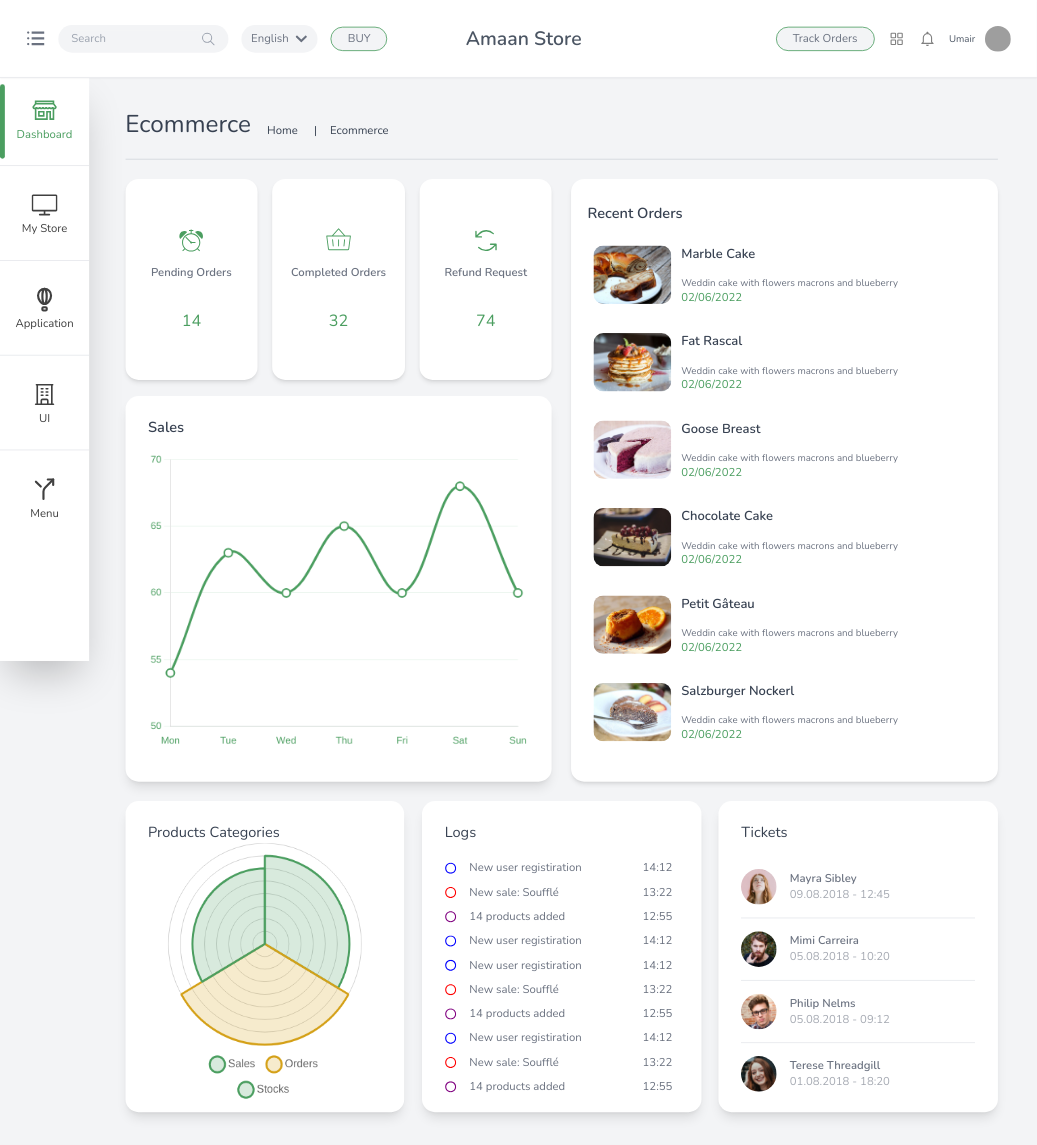
Repository: Ahsans-code/amaanstore
Page: / (app in client/)
An editor plug-in stored every save of this project. The page is shown before and after the next save, followed by the edit.
The browser window is 1280 px wide. The pictures show the whole page, at 81% of full size.
Pictures or frames that could not be fetched are drawn as grey boxes. An inner scrolling area shows only its first screen. The project was rebuilt for these pictures with package versions that can differ from the ones it lists, and the page was loaded fresh each time. Also part of the build but not shown: client/vite.config.js, client/src/pages/Mystore.jsx, client/src/pages/Application.jsx, client/src/pages/UI.jsx, client/src/pages/Menu.jsx.

Above is the page before, as saved 2024-11-05 23:40:21.

### client/src/main.jsx
import { StrictMode } from 'react'
import { createRoot } from 'react-dom/client'
import './index.css'
import App from './App.jsx'
import {
  createBrowserRouter,
  RouterProvider,
} from "react-router-dom";
import Home from './pages/Home.jsx';
import Mystore from './pages/Mystore.jsx';
import Application from './pages/Application.jsx';
import UI from './pages/UI.jsx';
import Menu from './pages/Menu.jsx';

const router = createBrowserRouter([
  {
    path: "/",
    element: <App />,
    children: [{
      path: "/",
      element: <Home />,
    },
    {
      path: "/Dashboard",
      element: <Home />,
    },
    {
      path:'/My Store',
      element:<Mystore/>
    },
    {
      path:'Application',
      element:<Application/>
    },
    {
      path:'/UI',
      element:<UI/>
    }
    ,
    {
      path:'/Menu',
      element:<Menu/>
    }
    ]
  },
]);

createRoot(document.getElementById('root')).render(
  <StrictMode>
    <RouterProvider router={router} />
  </StrictMode>,
)

### client/src/App.jsx
import { useState } from "react";
import { Routes, BrowserRouter as Router, Route, Outlet } from "react-router-dom";
import './App.css'
// import Dashboard from "./pages/dashboard/dashboard";
import Header from "./components/Header";
// import Signup from "./pages/auth/Signup";
// import SignIn from "./pages/auth/Signin";
// import Stores from "./pages/stores/Stores";
// import CreateNewStore from "./pages/stores/CreateNewStore";
// import AllOrders from "./pages/orders/AllOrders";
import Sidebar from "./components/Sidebar";


// const routes = [
// 	{ path: "/", element: <Home /> },
// 	{ path: "/dashboard", element: <Dashboard /> },
// 	{ path: "/signup", element: <Signup /> },
// 	{ path: "/signin", element: <SignIn /> },
// 	{ path: "/stores", element: <Stores /> },
// 	{ path: "/create-new-store", element: <CreateNewStore /> },
// 	{ path: "/orders", element: <AllOrders /> },
// 	{ path: "/order-details/:id", element: <OrderDetails /> },
// ];

const App = () => {
	const [sidebarOpen, setSidebarOpen] = useState(true);

	const toggleSidebar = () => {
		setSidebarOpen(!sidebarOpen);
	};

	return (
		<div className="">
			<Header toggleSidebar={toggleSidebar} />
			<div
				className={`flex transition-all duration-300 ${sidebarOpen ? "w-11/12 " : "w-full"
					} absolute right-0 pt-24 `}
			>
				<Outlet />

			</div>
			<Sidebar sidebarOpen={sidebarOpen} />

		</div>

	);
};

export default App;

### client/src/App.css

@import url('https://fonts.googleapis.com/css2?family=Inter:ital,opsz,wght@0,14..32,100..900;1,14..32,100..900&family=Nunito:ital,wght@0,200..1000;1,200..1000&display=swap');
*{
      font-family: "Nunito", sans-serif;
}
.custom-scrollbar {
    overflow-y: scroll;
    /* height: 200px; Example height */


}
.custom-scrollbar::-webkit-scrollbar-thumb {
    background: transparent;
    border-radius: 100%;

}
.custom-scrollbar:hover::-webkit-scrollbar-thumb{
    background-color: #cccccc8f;
}

.custom-scrollbar::-webkit-scrollbar {
    width: 4px;

}

.custom-scrollbar::-webkit-scrollbar-track {
    background: transparent;
}

.custom-scrollbar::-webkit-scrollbar-thumb {
    background: transparent;
    border-radius: 5px;

}

.custom-scrollbar::-webkit-scrollbar-thumb:hover {
    background: #ccc;
}

### client/src/components/Sidebar.jsx
import { useState } from "react";
import { SlScreenDesktop } from "react-icons/sl";
import { LiaStoreAltSolid } from "react-icons/lia";
import { TbAirBalloon } from "react-icons/tb";
import { HiOutlineBuildingOffice } from "react-icons/hi2";
import { TbArrowBearRight2 } from "react-icons/tb";

import { useNavigate } from "react-router-dom";

const Sidebar = ({ sidebarOpen }) => {
  const [activeIndex, setActiveIndex] = useState(0);

  const menuItems = [
    { icon: LiaStoreAltSolid, label: "Dashboard" },
    { icon: SlScreenDesktop, label: "My Store" },
    { icon: TbAirBalloon, label: "Application" },
    { icon: HiOutlineBuildingOffice, label: "UI" },
    { icon: TbArrowBearRight2, label: "Menu" },
  ];

  const navigate = useNavigate();
  const handleNavigation = (label) => {
    navigate(`${label}`);
  };

  return (
    <div
      className={`fixed top-24 pb-24 left-0 h-screen bg-white text-sm transition-transform duration-300 ease-in-out shadow-2xl custom-scrollbar
        ${sidebarOpen ? "translate-x-0" : "-translate-x-full"}
        md:w-[110px]`}
      style={{ fontFamily: "'Roboto', sans-serif" }}
    >
      <div>
        <ul className="space-y-2">
          {menuItems.map((item, index) => {
            const Icon = item.icon;
            const isActive = activeIndex === index;

            return (
              <li
                key={index}
                onClick={() => {
                  handleNavigation(item.label);
                  setActiveIndex(index);
                }}
                className={`menuItem flex flex-col py-6 items-center cursor-pointer border-b-[1px] border-gray-200 relative last:border-0
                  ${isActive
                    ? "text-[#4B9E60] before:content-[''] before:absolute before:left-0 before:top-2 before:bottom-2 before:w-[6px] before:bg-[#4B9E60] before:rounded-full"
                    : "text-[#404040]"}
                `}
                style={{ fontWeight: 300 }}
              >
                <Icon size={32} />
                <p className="py-1" style={{ fontWeight: 300 }}>
                  {item.label}
                </p>
              </li>
            );
          })}
        </ul>
      </div>
    </div>
  );
};

export default Sidebar;

### client/src/components/Heading.jsx
import React from 'react'

export default function Heading({title,sub1,sub2,sub3,sub4}) {
    return (
        <div className=''>
            <div className='border-b-[1px] text-gray-700 border-gray-300 flex gap-5 pb-6  items-end '>

                <h1 className='text-3xl'>{title}</h1>
                <p className='text-sm'>{sub1} </p>
                <p  className='text-sm'>{sub2&&<span className='pr-4'>|</span>}{sub2} </p>
                <p className='text-sm'>{sub3&&<span className='pr-4'>|</span>}{sub3} </p>
                <p className='text-sm'>{sub4&&<span className='pr-4'>|</span>}{sub4}</p>
            </div>
        </div>
    )
}

### client/src/components/Logs.jsx
import React from 'react'
import { FaRegCircle } from "react-icons/fa";
export default function Logs() {
    const logsData = [
        {
            log: 'New user registiration',
            date: '14:12',
            color: 'blue'
        },
        {
            log: 'New sale: Soufflé',
            date: '13:22',
            color: 'red'
        },
        {
            log: '14 products added',
            date: '12:55',
            color: 'purple'
        },
        {
            log: 'New user registiration',
            date: '14:12',
            color: 'blue'
        },
        {
            log: 'New user registiration',
            date: '14:12',
            color: 'blue'
        },
        {
            log: 'New sale: Soufflé',
            date: '13:22',
            color: 'red'
        },
        {
            log: '14 products added',
            date: '12:55',
            color: 'purple'
        },
        {
            log: 'New user registiration',
            date: '14:12',
            color: 'blue'
        },
        {
            log: 'New sale: Soufflé',
            date: '13:22',
            color: 'red'
        },
        {
            log: '14 products added',
            date: '12:55',
            color: 'purple'
        },
        {
            log: 'New user registiration',
            date: '14:12',
            color: 'blue'
        },
        {
            log: 'New sale: Soufflé',
            date: '13:22',
            color: 'red'
        },
        {
            log: '14 products added',
            date: '12:55',
            color: 'purple'
        },
    ]
    return (
        <div className="bg-white rounded-2xl px-7 py-2 h-96 w-full shadow-lg overflow-hidden  ">
            <h2 className='py-4 text-lg'>Logs</h2>

            <div className='custom-scrollbar h-[80%] '>
                {logsData.map((log, idx) => (
                    <div key={idx} className='flex items-center py-[5px] text-sm w-full  justify-between text-gray-500'>
                        <div className='flex items-center'>
                            <FaRegCircle color={log.color} className=' justify-start ' />
                            <p className='justify-start pl-4'>{log.log}</p>
                        </div>
                        <p className='pr-2'>{log.date}</p>
                    </div>
                ))
                }
            </div>

        </div>
    )
}

### client/src/components/Ticket.jsx
import React from 'react'
import { FaRegCircle } from "react-icons/fa";
import p1 from '../images/p1.jpg'
import p2 from '../images/p2.jpg'
import p5 from '../images/p5.jpg'
import p3 from '../images/p3.jpg'
import p4 from '../images/p4.jpg'
export default function Ticket() {

    const ticketsData = [
        {
            image: p1,
            name: 'Mayra Sibley',
            date: '09.08.2018 - 12:45'
        },
        {
            image: p2,
            name: 'Mimi Carreira',
            date: '05.08.2018 - 10:20'
        },
        {
            image: p3,
            name: 'Philip Nelms',
            date: '05.08.2018 - 09:12'
        },
        {
            image: p4,
            name: 'Terese Threadgill',
            date: '01.08.2018 - 18:20'
        },
        {
            image: p5,
            name: 'Kathryn Mengel',
            date: '27.07.2018 - 11:45'
        },
        {
            image: p1,
            name: 'Mayra Sibley',
            date: '09.08.2018 - 12:45'
        },
        {
            image: p2,
            name: 'Mimi Carreira',
            date: '05.08.2018 - 10:20'
        },
        {
            image: p3,
            name: 'Philip Nelms',
            date: '05.08.2018 - 09:12'
        },
        {
            image: p4,
            name: 'Terese Threadgill',
            date: '01.08.2018 - 18:20'
        },
        {
            image: p5,
            name: 'Kathryn Mengel',
            date: '27.07.2018 - 11:45'
        },
    ]
    return (
        <div className="bg-white rounded-2xl px-7 py-2 h-96 w-full shadow-lg overflow-hidden  ">
            <h2 className='py-4 text-lg'>Tickets</h2>

            <div className='custom-scrollbar h-[80%] '>
                {ticketsData.map((ticket, idx) => (
                    <div key={idx} className='flex items-center py-4 border-b-[1px] text-sm w-full  text-gray-500'>
                        <img src={ticket.image} alt="" className='w-11 rounded-full ' />
                        <div className='flex flex-col justify-between pl-4'>
                            <p className='font-semibold'>{ticket.name}</p>
                            <p className='opacity-60'>{ticket.date}</p>
                        </div>

                    </div>
                ))
                }
            </div>

        </div>
    )
}

### client/src/components/PolarAreaChart.jsx
import React from 'react';
import { PolarArea } from 'react-chartjs-2';
import { Chart as ChartJS, RadialLinearScale, ArcElement, Tooltip, Legend } from 'chart.js';

ChartJS.register(RadialLinearScale, ArcElement, Tooltip, Legend);

function PolarAreaChart() {
    const data = {
        labels: ['Sales', 'Orders', 'Stocks'],
        // padding:'20px',
        datasets: [
            {
                label: 'My Dataset',
                data: [7,8,6], // Example data
                backgroundColor: [
                    '#4b9e6037',
                    '#D4A01737',
                    '#4b9e6037',
                ],
                borderColor: [
                    '#4B9E60',
                    '#D4A017',
                    '#4B9E60',
                ],
                borderWidth: 3,
                // boxShadow:'-20px 20px 20px black '

            },
        ],
    };

    const options = {
        responsive: true,
        maintainAspectRatio: false,
        plugins: {
            legend: {
                position: 'bottom',

                labels:{
                    usePointStyle: true, // This makes the legend use point style
                    pointStyle: 'circle', // Specifies the circle shape for the legend
                    padding: 20,
                    font: {
                        size: 16, // Change this to the desired font size
                      },

                }

            },
        },
        scales: {

            r: {
                grid: {
                    color: 'rgba(0, 0, 0, 0.2)',

                },
                ticks: {
                    display:false
                    // backdropColor: 'transparent',
                },
            },
        },
    };

    return (
        <div className="bg-white rounded-2xl px-7 py-2 h-96 w-full shadow-lg">
            <h2 className='py-4 text-lg'>Products Categories</h2>

            <PolarArea className='p-6   -translate-y-10  ' data={data} options={options} />

        </div>

    );
}

export default PolarAreaChart;

### client/src/components/SalesChart.jsx
import React from 'react';
import { Line } from 'react-chartjs-2';
import { Chart as ChartJS, LineElement, CategoryScale, LinearScale, PointElement, Tooltip, Legend } from 'chart.js';

ChartJS.register(LineElement, CategoryScale, LinearScale, PointElement, Tooltip, Legend);

function SalesChart() {
    const data = {
        labels: ['Mon', 'Tue', 'Wed', 'Thu', 'Fri', 'Sat', 'Sun'],
        datasets: [
            {
                label: 'Weekly Data',
                data: [54, 63, 60, 65, 60, 68, 60], // Example data points
                borderColor: '#4B9E60',
                backgroundColor: 'rgba(75, 158, 96, 0.2)', // Light green for the area under the line
                borderWidth: 3,
                tension: 0.4, // Smooth curve
                pointBackgroundColor: '#fff',
                pointBorderColor: '#4B9E60',
                pointBorderWidth: 2,
                pointRadius: 5,
                fill: true, // Fills the area under the line
            },
        ],
    };

    const options = {
        responsive: true,
        maintainAspectRatio: false,
        plugins: {
            legend: {
                display: false,

                labels: {
                    color: '#4B9E60', // Label color
                    font: {
                        size: 14,
                    },
                },
            },
        },
        scales: {
            x: {
                grid: {
                    display: false, // Removes the grid lines from the x-axis
                },
                ticks: {

                    color: '#4B9E60', // Tick color
                },
            },
            y: {
                max: 70, // Maximum value of y-axis
                min: 50,
                beginAtZero: false,

                ticks: {
                    stepSize: 5, // Steps of 5
                    color: '#4B9E60',
                },
                grid: {
                    color: 'rgba(75, 158, 96, 0.1)', // Light green grid lines
                },
            },
        },
    };

    return (
        <div className='bg-white rounded-2xl px-7 py-2 shadow-lg h-full custom-scrollbar '>
            <h2 className='py-4 text-lg font-semibold'>Sales</h2>
            <div className='h-[80%]'>
                <Line data={data} options={options} />
            </div>
        </div>
    );
}

export default SalesChart;

### client/src/components/Button.jsx
import React from 'react'

export default function Button({text}) {
    return (
        <button className='bg-gray-100 rounded-full py-1 px-5 text-xs md:text-sm text-gray-500 border border-[#4B9E60] hover:bg-[#4B9E60] hover:text-white transition-all duration-200'>
            {text}
        </button>
    )
}

Loaded but not shown: client/index.html (common file); client/src/index.css (common file); client/tailwind.config.js (common file); client/src/components/Header.jsx (137 lines, source omitted); client/src/pages/Home.jsx (176 lines, source omitted)

After the next save:
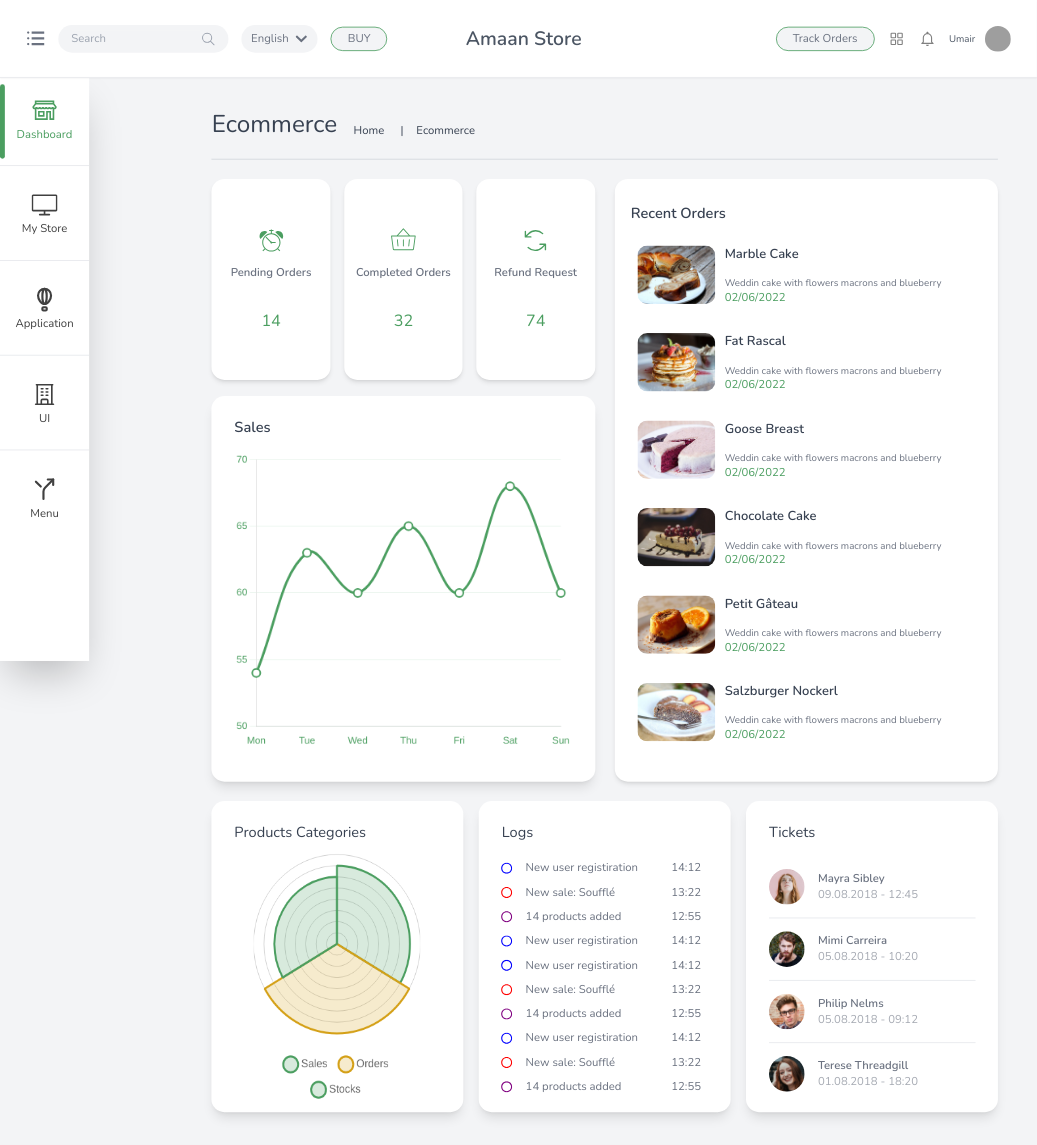
Saved 22 s later.
--- a/client/src/App.jsx
+++ b/client/src/App.jsx
@@ -33,7 +33,7 @@
 		<div className="">
 			<Header toggleSidebar={toggleSidebar} />
 			<div
-				className={`flex transition-all duration-300 ${sidebarOpen ? "w-11/12 " : "w-full"
+				className={`flex transition-all duration-300 ${sidebarOpen ? "w-10/12 " : "w-full"
 					} absolute right-0 pt-24 `}
 			>
 				<Outlet />

After the save that followed:
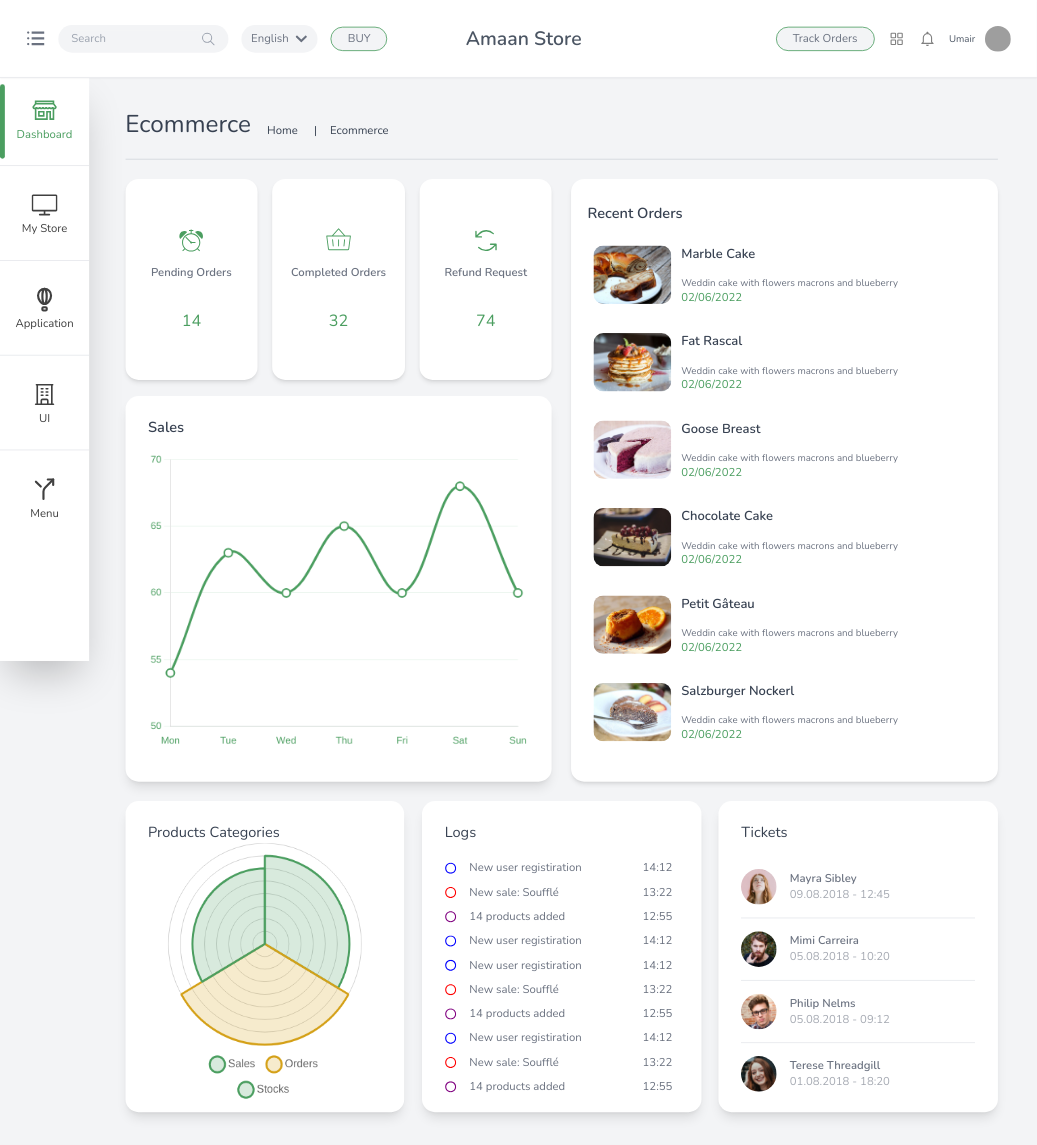
Saved 27 s later.
--- a/client/src/App.jsx
+++ b/client/src/App.jsx
@@ -33,7 +33,7 @@
 		<div className="">
 			<Header toggleSidebar={toggleSidebar} />
 			<div
-				className={`flex transition-all duration-300 ${sidebarOpen ? "w-10/12 " : "w-full"
+				className={`flex transition-all duration-300 ${sidebarOpen ? "w-full md:w-11/12 " : "w-full"
 					} absolute right-0 pt-24 `}
 			>
 				<Outlet />
